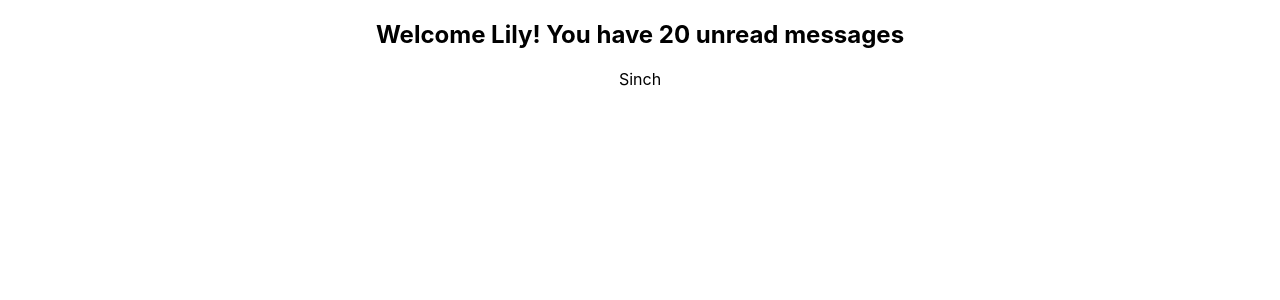
Repository: sinchana-P/react-typescript-demo
Page: /
The author's editor kept a copy of each file at every save. The page is drawn from the files as they stood at one save, then again after the next save.
The browser window is 1280 px wide. The pictures show the whole page.
The project was rebuilt for these pictures with package versions that can differ from the ones it lists, and the page was loaded fresh each time.

Above is the page before, as saved 2023-12-02 18:19:43.

### src/App.tsx
import './App.css';
import { Greet } from './components/Greet';
import Person from './components/Person';

// Type Inference: hover on App Component: to see the return type of App Component.
function App() {

  const personName = {
    first: "Sinch",
    last: "Lily"
  }

  return (
    <div className="App">
      <Greet name="Lily" messageCount={20} isLoggedIn={ true } />
      <Person name={personName} />
    </div>
  );
}

export default App;

### src/components/Greet.tsx
import React from 'react'

type GreetProps = {
    name: string
    messageCount: number
    isLoggedIn: boolean
}

export const Greet = (props: GreetProps) => {
  return (
    <h2>
      {
        props.isLoggedIn
          ? `Welcome ${props.name}! You have ${props.messageCount} unread messages`
          : `Welcome Guest`
      }

    </h2>
  )
}

// export default Greet


// 2 benefits
// 1. Autocompletion of properties suggestion
// 2. Type Safety

// Types vs Interfaces
// 1. use Types - for Application
// 2. use Interfaces - for Libraries

### src/components/Person.tsx
import React from 'react'

type PersonProps = {
    name: {
        first: string
        last: string
    }
}

const Person = (props: PersonProps) => {
    return (
        <div>{ props.name.first }  { props.last }</div>
  )
}

export default Person

Loaded but not shown: public/index.html (common file); src/index.tsx (common file); src/index.css (common file); src/reportWebVitals.ts (common file); src/App.css (common file)

After the next save:
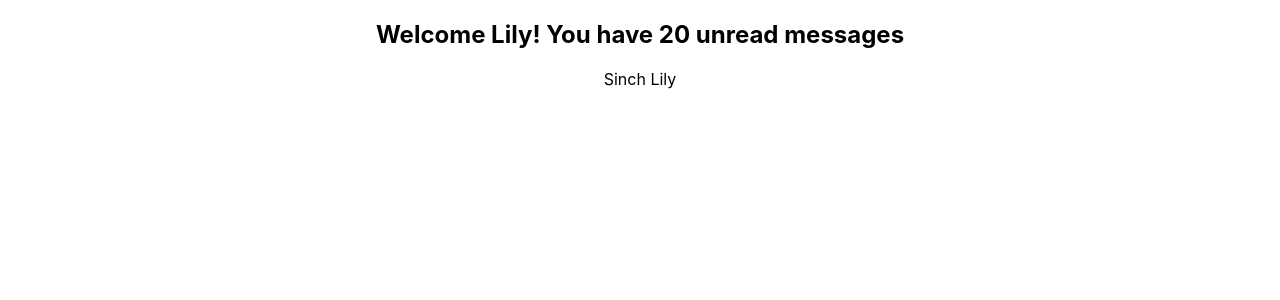
Saved 32 s later.
--- a/src/components/Person.tsx
+++ b/src/components/Person.tsx
@@ -9,7 +9,7 @@ type PersonProps = {
 
 const Person = (props: PersonProps) => {
     return (
-        <div>{ props.name.first }  { props.last }</div>
+        <div>{ props.name.first }  { props.name.last }</div>
   )
 }
 
